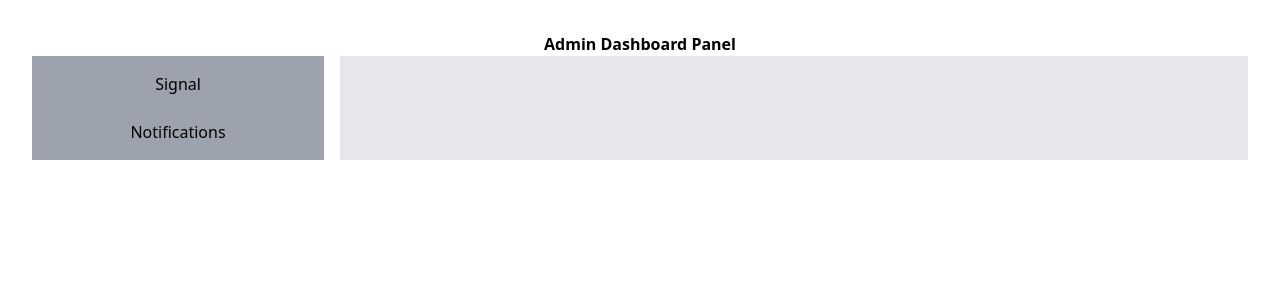
Repository: RahmanRakib9/Aurora-client-side
Page: /
An editor plug-in stored every save of this project. The page is shown before and after a run of saves, followed by the edit.
The browser window is 1280 px wide. The pictures show the whole page.
The project was rebuilt for these pictures with package versions that can differ from the ones it lists, and the page was loaded fresh each time. Also part of the build but not shown: vite.config.js, src/components/home/Sidebar.jsx, src/components/home/Signal.jsx, src/components/home/Notification.jsx.

Above is the page before, as saved 2023-05-12 19:45:25.

After the next 2 saves:
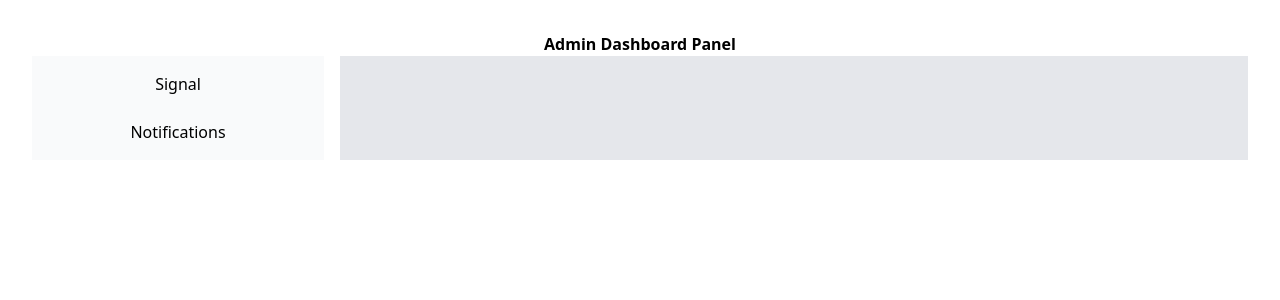
The 2 saves are shown as one change because they came seconds apart.
The last was saved 7 s later.
--- a/src/components/home/Home.jsx
+++ b/src/components/home/Home.jsx
@@ -7,7 +7,7 @@ const Home = () => {
     <div>
       <h1 className="font-bold text-center">Admin Dashboard Panel</h1>
       <div className="grid grid-cols-8 gap-4">
-        <div className="col-span-8 md:col-span-2 bg-gray-400 p-4">
+        <div className="col-span-8 md:col-span-2 bg-gray-50 p-4">
           <NavLink
             to="/signal"
             className={({ isActive }) =>
